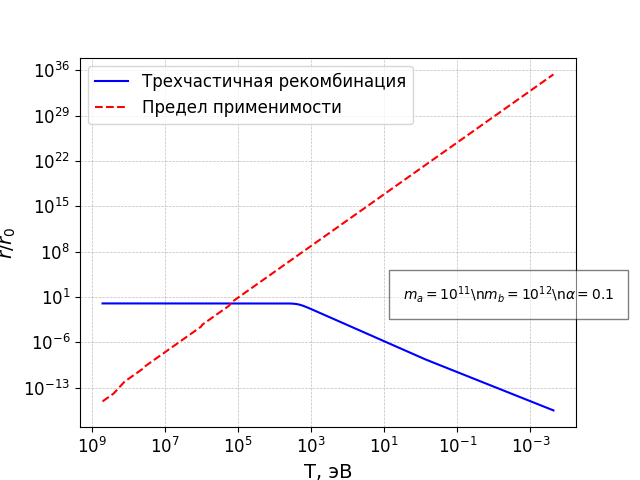
Repository: impermast/recombination
Script's output: python raschet/rec.py
These files come from the project's save history. The script's output is drawn as it stood at one moment and after the next save; the edit follows.
Random numbers start from a fixed seed.

Above is the script's output before, as saved 2023-05-17 15:37:51.

After the next save:
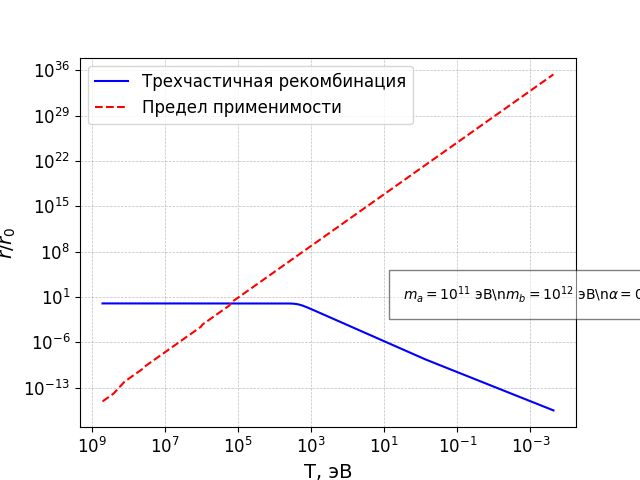
Saved 18 s later.
--- a/raschet/rec.py
+++ b/raschet/rec.py
@@ -197,8 +197,8 @@ def graph(T,rk,r3,rcl,rlim):
     # ax.plot(T,r2,'g', label ="Радиационная рекомбинация")
     ax.set_xlabel('T, эВ', fontsize=14)
     ax.text(3, 4,
-            r'$m_a = 10^{%0.0f}$\n'%(np.log10(ma))+
-            r'$m_b = 10^{%0.0f}$\n'%(np.log10(mb))+
+            r'$m_a = 10^{%0.0f}$ эВ\n'%(np.log10(ma))+
+            r'$m_b = 10^{%0.0f}$ эВ\n'%(np.log10(mb))+
             r'$\alpha = $'+repr(alpha),
             fontsize=10, bbox={'facecolor': 'white', 'alpha': 0.5, 'pad': 10})
     ax.set_ylabel(r'$r/r_0$', fontsize=14, fontweight='bold')
